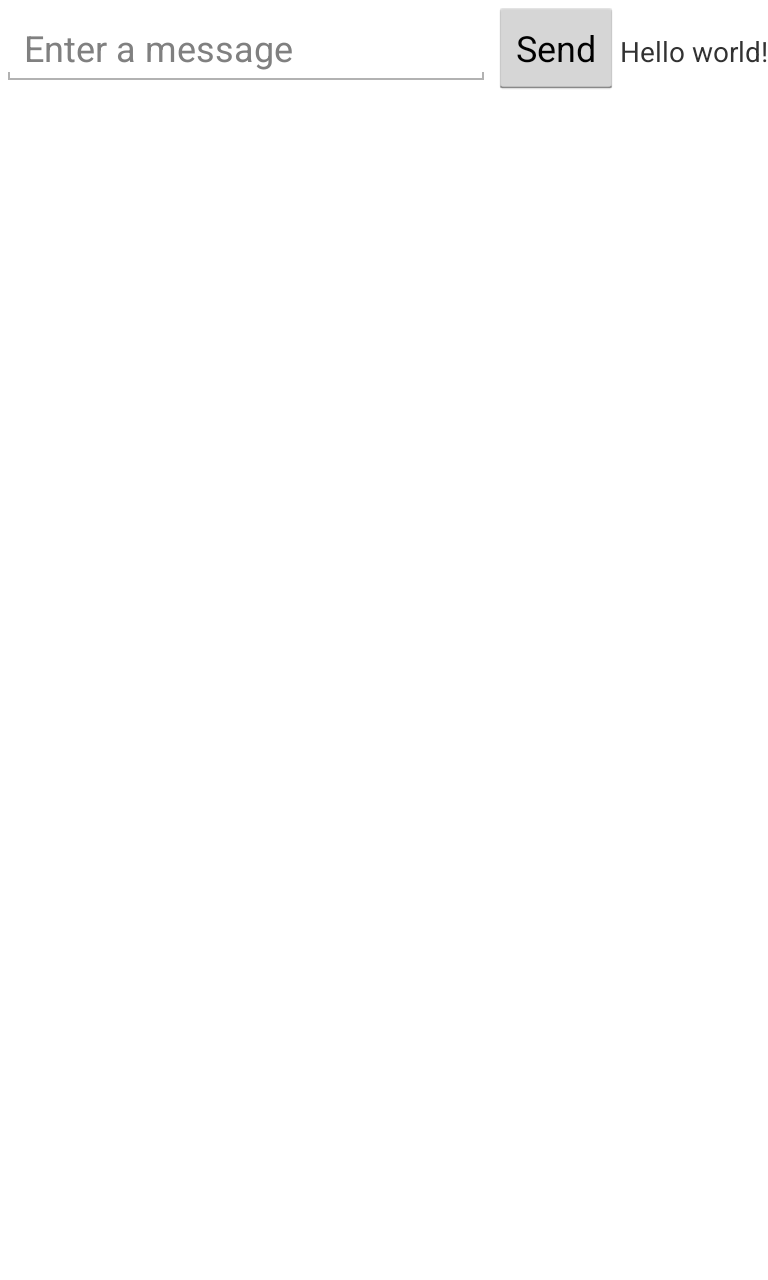
Repository: harvard-lil/wtwba-android-app
Layout: wtwba/res/layout/activity_main.xml
These files come from the project's save history. The layout is drawn as it stood at one moment and after the next save; the edit follows.
It is drawn on a 768 x 1280 px phone screen (xhdpi) without system bars, with theme AppTheme; the app's code is not run.

Above is the layout before, as saved 2013-03-04 17:07:18.

### wtwba/res/layout/activity_main.xml
<?xml version="1.0" encoding="utf-8"?>
<LinearLayout xmlns:android="http://schemas.android.com/apk/res/android"
    xmlns:tools="http://schemas.android.com/tools"
    android:layout_width="match_parent"
    android:layout_height="match_parent"
    android:orientation="horizontal">
    <EditText android:id="@+id/edit_message"
        android:layout_weight="1"
        android:layout_width="0dp"
        android:layout_height="wrap_content"
        android:hint="@string/edit_message" />
    <Button
        android:layout_width="wrap_content"
        android:layout_height="wrap_content"
        android:text="@string/button_send"
    	android:onClick="sendMessage" />

    <TextView
        android:id="@+id/upd_message"
        android:layout_width="wrap_content"
        android:layout_height="wrap_content"
        android:text="@string/hello_world"
         />
</LinearLayout>

### wtwba/res/values/strings.xml
<?xml version="1.0" encoding="utf-8"?>
<resources>

    <string name="app_name">wtwba</string>
    <string name="edit_message">Enter a message</string>
    <string name="button_send">Send</string>
    <string name="menu_settings">Settings</string>
    <string name="title_activity_main">MainActivity</string>
    <string name="hello_world">Hello world!</string>
    <string name="title_holder">Sample Title Here</string>
    <string name="title_activity_display_message">DisplayMessageActivity</string>

</resources>

Loaded but not shown: wtwba/res/values-v11/styles.xml (common file); wtwba/res/values-v14/styles.xml (common file); wtwba/res/values/styles.xml (common file)

After the next save:
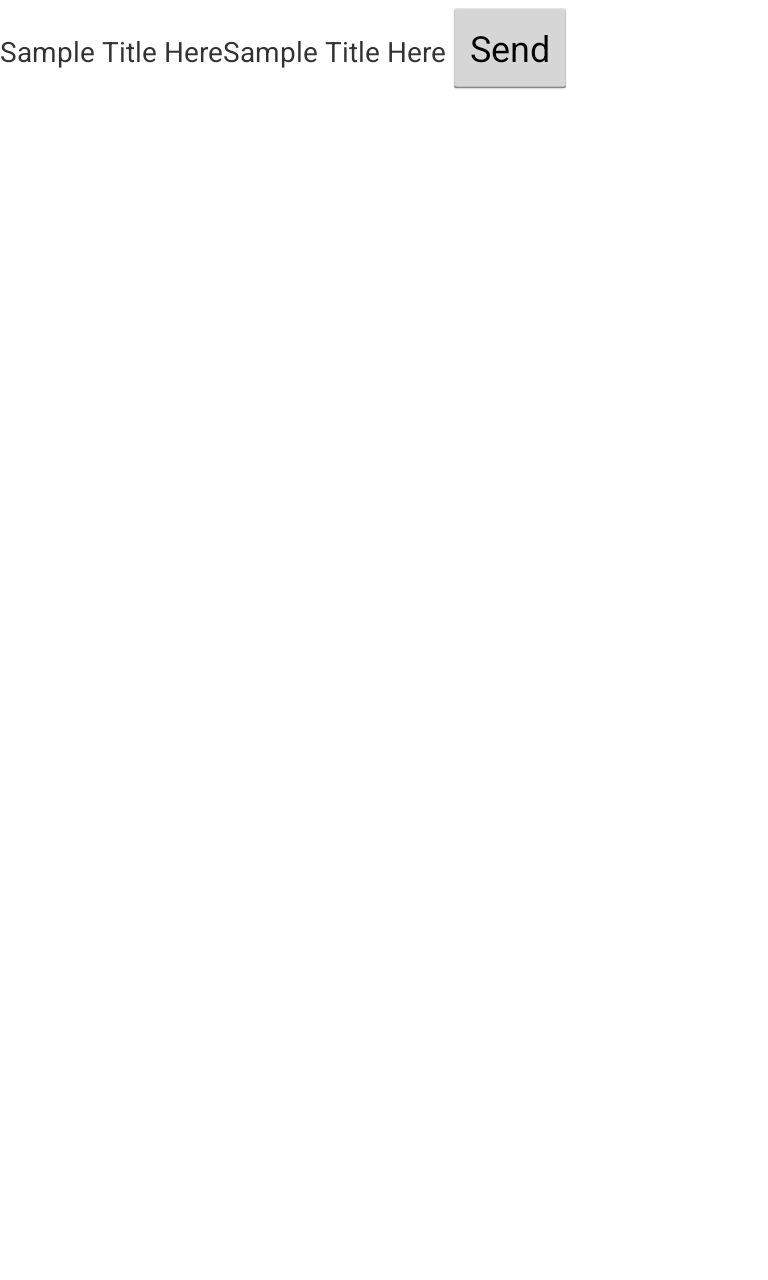
Saved 55 s later.
--- a/wtwba/res/layout/activity_main.xml
+++ b/wtwba/res/layout/activity_main.xml
@@ -4,21 +4,23 @@
     android:layout_width="match_parent"
     android:layout_height="match_parent"
     android:orientation="horizontal">
-    <EditText android:id="@+id/edit_message"
-        android:layout_weight="1"
-        android:layout_width="0dp"
+
+    <TextView
+        android:id="@+id/disp_title_holder"
+        android:layout_width="wrap_content"
         android:layout_height="wrap_content"
-        android:hint="@string/edit_message" />
+        android:text="@string/title_holder"
+         />
+
+    <TextView
+        android:id="@+id/disp_title_holder"
+        android:layout_width="wrap_content"
+        android:layout_height="wrap_content"
+        android:text="@string/title_holder"
+         />
     <Button
         android:layout_width="wrap_content"
         android:layout_height="wrap_content"
         android:text="@string/button_send"
     	android:onClick="sendMessage" />
-
-    <TextView
-        android:id="@+id/upd_message"
-        android:layout_width="wrap_content"
-        android:layout_height="wrap_content"
-        android:text="@string/hello_world"
-         />
 </LinearLayout>
